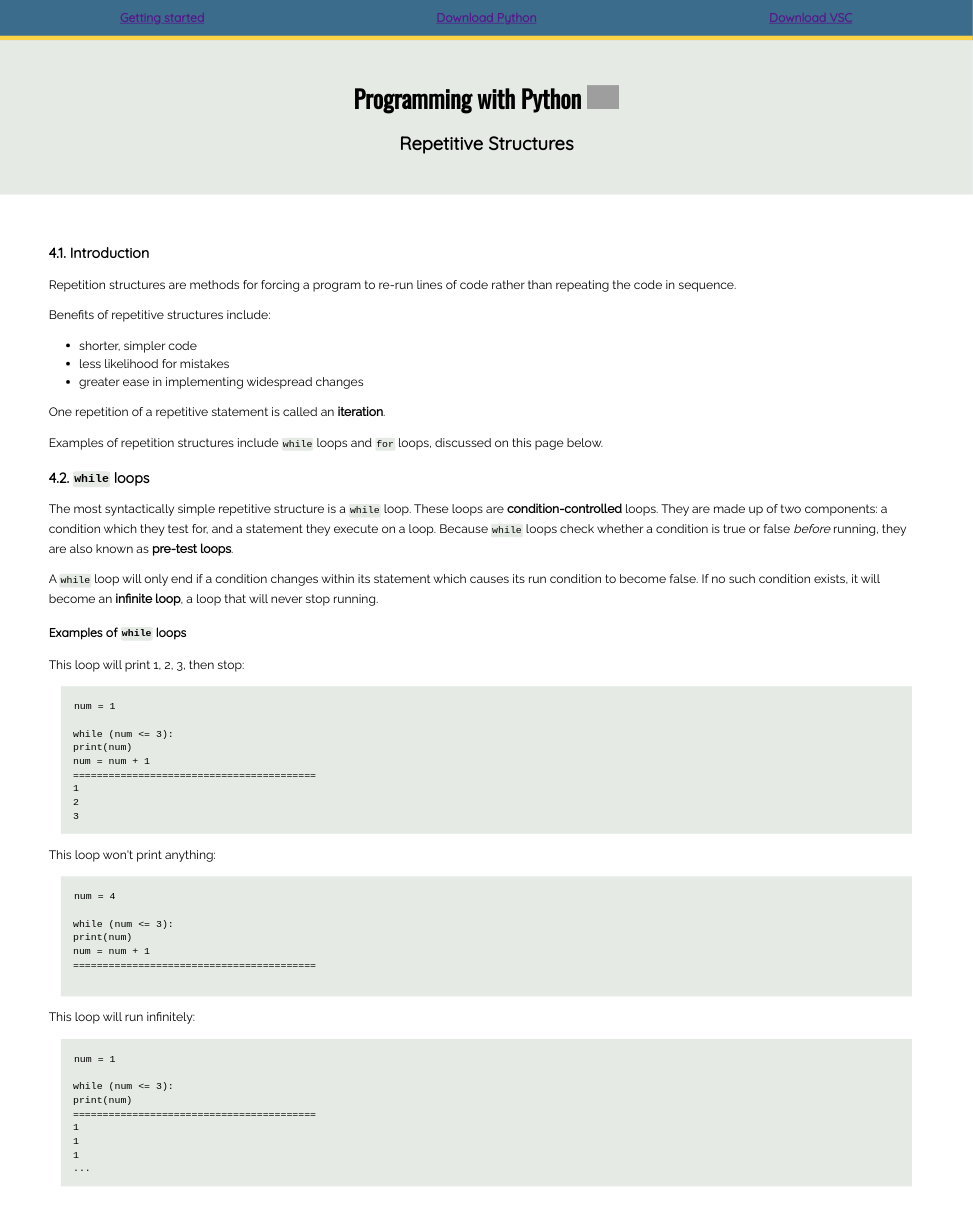
Repository: emnharris/FreeCodeCampChallenges
Page: responsive-web-design/technical-documentation-page/python-tutorial.html
These files come from the project's save history. The page is drawn as it stood at one moment and after the next save; the edit follows.
The browser window is 1280 px wide. The pictures show the whole page, at 76% of full size.
Pictures or frames that could not be fetched are drawn as grey boxes.

Above is the page before, as saved 2020-04-16 16:20:56.

After the next save:
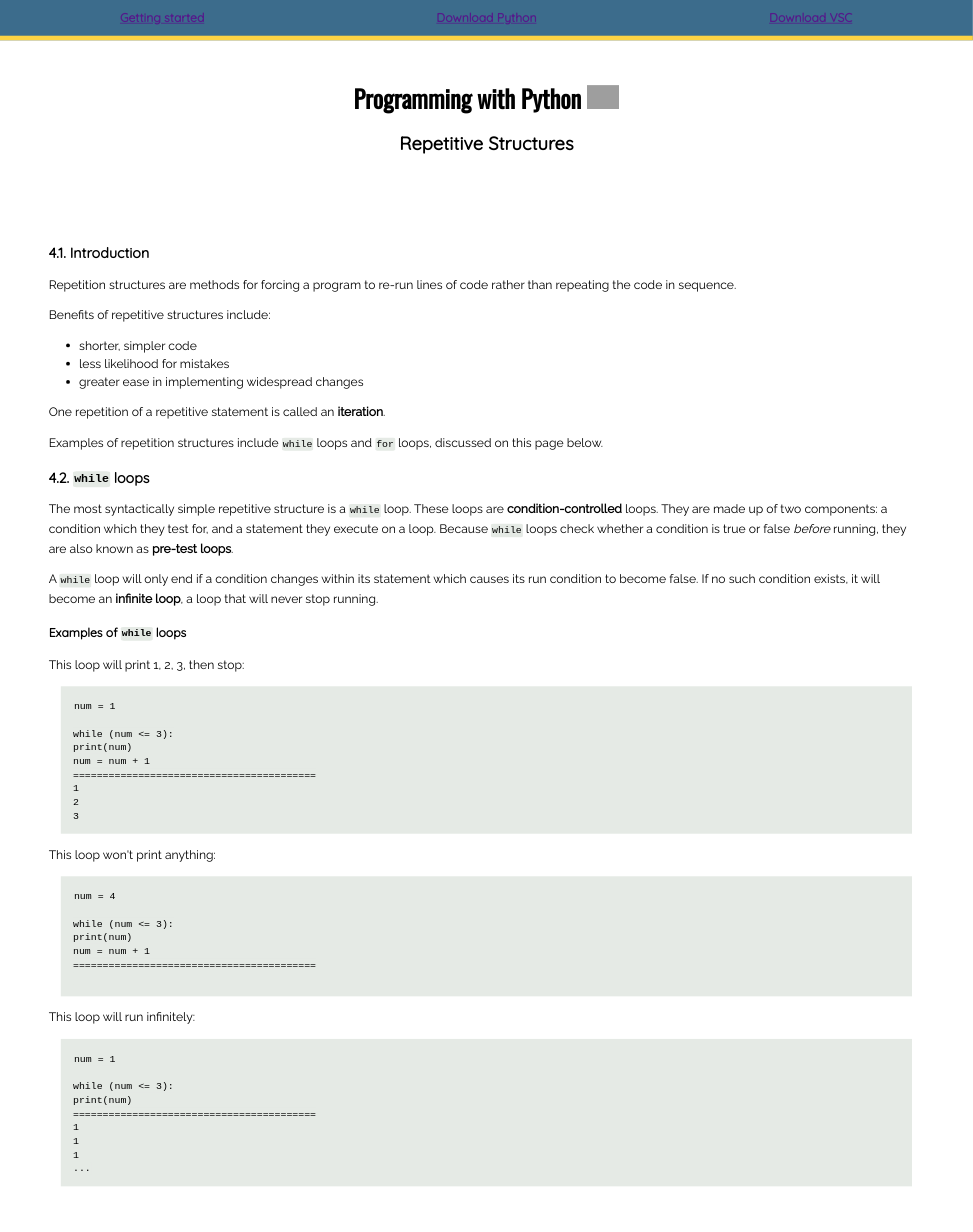
Saved 10 s later.
--- a/responsive-web-design/technical-documentation-page/python-tutorial.css
+++ b/responsive-web-design/technical-documentation-page/python-tutorial.css
@@ -56,7 +56,7 @@ p, li {
 
 /* header styling */
 header {
-    background: rgb(229, 234, 229);
+    /* background: rgb(229, 234, 229); */
     padding: 2em;
     background: linear-gradient(90deg (rgb(229, 234, 229) white));
 }
